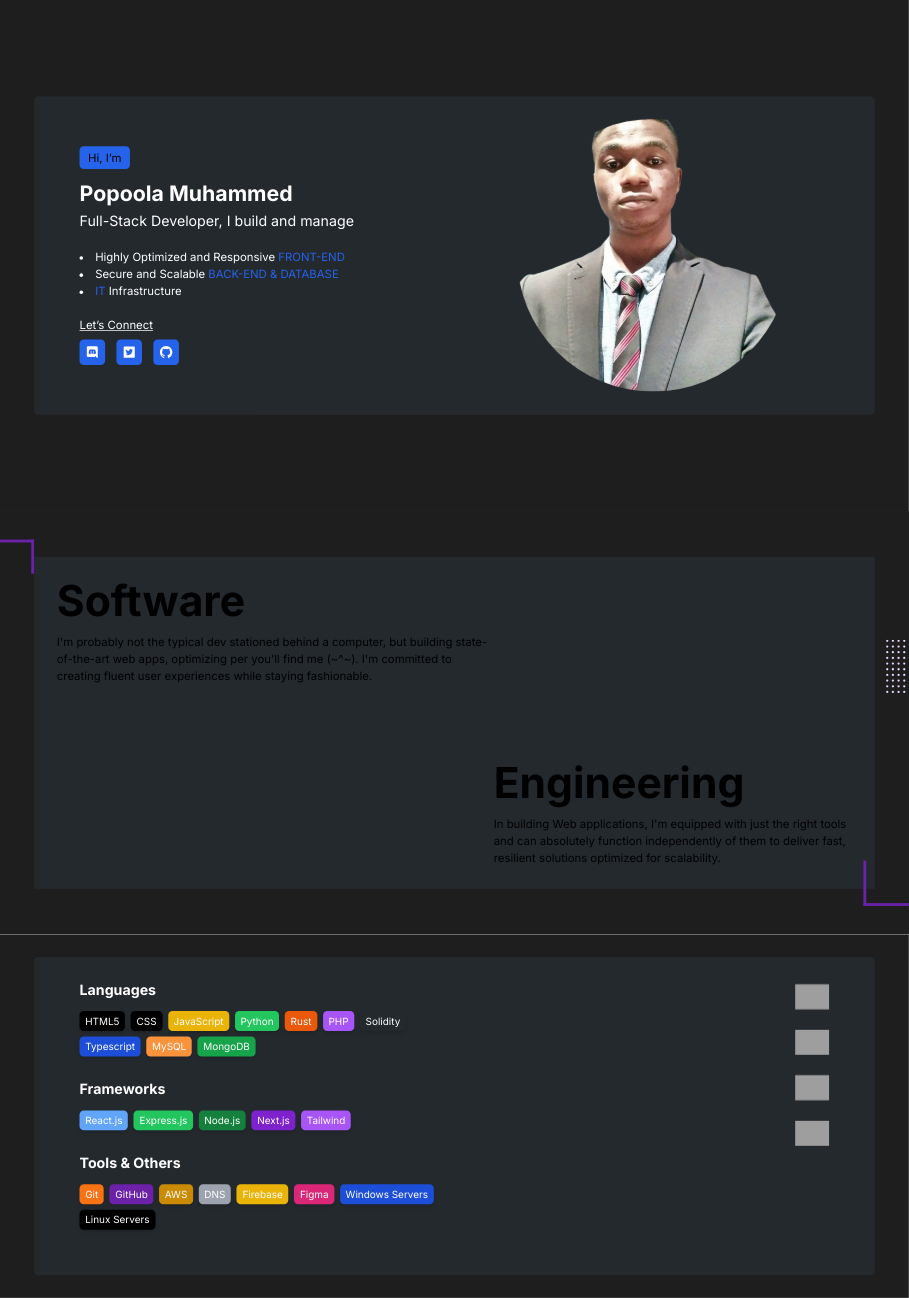
Repository: muhammedctgr/hammedctgr
Page: /
An editor plug-in stored every save of this project. The page is shown before and after a run of saves, followed by the edit.
The browser window is 1280 px wide. The pictures show the whole page, at 71% of full size.
Pictures or frames that could not be fetched are drawn as grey boxes. The project was rebuilt for these pictures with package versions that can differ from the ones it lists, and the page was loaded fresh each time. The framework's server and built-in components were replaced by stand-ins that run in the browser. Also part of the build but not shown: next.config.mjs.

Above is the page before, as saved 2024-08-04 22:59:53.

### app/layout.tsx
import type { Metadata } from "next";
import { Inter } from "next/font/google";
import "./globals.css";

const inter = Inter({ subsets: ["latin"] });

export const metadata: Metadata = {
  title: "Popoola Muhammed",
  description: "Generated by create next app",
};

export default function RootLayout({
  children,
}: Readonly<{
  children: React.ReactNode;
}>) {
  return (
    <html lang="en">
      <body className={inter.className}>{children}</body>
    </html>
  );
}

### app/page.tsx
import Head from 'next/head';
import Hero from '../components/Hero';
import SkillsSection from '@/components/SkillsSection';
import SummarySection from '@/components/SummarySection';


const Home = () => (
  <div>
    <Head>
      <title>Popoola Muhammed</title>
      <meta name="description" content="Welcome to my developer portfolio" />
    </Head>

    <Hero />
    <SummarySection />
    <SkillsSection />

  </div>
);

export default Home;

### app/globals.css
@tailwind base;
@tailwind components;
@tailwind utilities;

:root {
  --foreground-rgb: 0, 0, 0;
  --background-start-rgb: 214, 219, 220;
  --background-end-rgb: 255, 255, 255;
}

@media (prefers-color-scheme: dark) {
  :root {
    --foreground-rgb: 255, 255, 255;
    --background-start-rgb: 0, 0, 0;
    --background-end-rgb: 0, 0, 0;
  }
}

body {
  color: rgb(var(--foreground-rgb));
  background: linear-gradient(
      to bottom,
      transparent,
      rgb(var(--background-end-rgb))
    )
    rgb(var(--background-start-rgb));
}

@layer utilities {
  .text-balance {
    text-wrap: balance;
  }
}


@keyframes upDown {
  0%, 100% {
    transform: translateY(0);
  }
  50% {
    transform: translateY(-10px); /* Adjust the value as needed */
  }
}

.animate-upDown {
  animation: upDown 2s infinite ease-in-out; /* Adjust duration as needed */
}

### components/Hero.tsx
import Image from 'next/image';
import profilePic from '../public/profile.png';
import { AiFillDiscord, AiFillGithub, AiFillTwitterSquare, AiFillX } from 'react-icons/ai';

const Hero = () => {
  return (
    <section className="bg-gptGray px-4 py-8 md:px-8 lg:px-12 text-white min-h-screen flex items-center">
  <div className="container bg-githubGray rounded-md mx-auto flex flex-col md:flex-row items-center md:px-8">
    <div className="flex-1 text-left p-4 md:p-8">
      <div className="inline-block bg-blue-600 text-black py-1 px-3 mb-4 rounded-md">
        Hi, I’m
      </div>
      <div className="mb-6">
        <h1 className="text-xl md:text-3xl font-bold">Popoola Muhammed</h1>
        <p className="mt-2 text-lg md:text-xl">Full-Stack Developer, I build and manage</p>
      </div>
      <ul className="mt-4 list-disc list-inside">
        <li>Highly Optimized and Responsive <span className="text-blue-600">FRONT-END</span></li>
        <li>Secure and Scalable <span className="text-blue-600">BACK-END & DATABASE</span></li>
        <li><span className="text-blue-600">IT</span> Infrastructure</li>
      </ul>
      <div className="mt-6">
        <a href="#contact" className="underline">Let’s Connect</a>
        <div className="mt-2 flex justify-start space-x-4">
          <a href="#" className="bg-blue-600 p-2 rounded-md">
            <AiFillDiscord size={20} />
          </a>
          <a href="#" className="bg-blue-600 p-2 rounded-md">
            <AiFillTwitterSquare size={20} />
          </a>
          <a href="#" className="bg-blue-600 p-2 rounded-md">
            <AiFillGithub size={20} />
          </a>
        </div>
      </div>
    </div>
    <div className="flex-1 p-4 md:p-8">
      <div className="relative w-40 h-40 md:w-72 md:h-72 lg:w-96 lg:h-96 mx-auto">
        <Image src={profilePic} alt="Popoola Muhammed" layout="fill" className="rounded-full object-cover animate-upDown" />
      </div>
    </div>
  </div>
</section>
  );
};

export default Hero;

### components/SkillsSection.tsx
import Image from 'next/image';
import { FC } from 'react';

interface SkillCategory {
  title: string;
  skills: { name: string; color: string; }[];
}

const skills: SkillCategory[] = [
  {
    title: "Languages",
    skills: [
      { name: "HTML5", color: "bg-black" },
      { name: "CSS", color: "bg-black"},
      { name: "JavaScript", color: "bg-yellow-500" },
      { name: "Python", color: "bg-green-500" },
      { name: "Rust", color: "bg-orange-600" },
      { name: "PHP", color: "bg-purple-500" },
      { name: "Solidity", color: "bg-black-500" },
      { name: "Typescript", color: "bg-blue-700" },
      { name: "MySQL", color: "bg-orange-400" },
      { name: "MongoDB", color: "bg-green-600" },
    ],
  },
  {
    title: "Frameworks",
    skills: [
      { name: "React.js", color: "bg-blue-400" },
      { name: "Express.js", color: "bg-green-500" },
      { name: "Node.js", color: "bg-green-700" },
      { name: "Next.js", color: "bg-purple-700" },
      { name: "Tailwind", color: "bg-purple-500" },
    ],
  },
  {
    title: "Tools & Others",
    skills: [
      { name: "Git", color: "bg-orange-500" },
      { name: "GitHub", color: "bg-purple-800" },
      { name: "AWS", color: "bg-yellow-600" },
      { name: "DNS", color: "bg-gray-400" },
      { name: "Firebase", color: "bg-yellow-500" },
      { name: "Figma", color: "bg-pink-600" },
      { name: "Windows Servers", color: "bg-blue-700" },
      { name: "Linux Servers", color: "bg-black" },
    ],
  },
];

const icons = [
  "/icons/html5.svg", // Replace with your icon paths
  "/icons/css3.svg",
  "/icons/javascript.svg",
  "/icons/python.svg",
  // Add the rest of the icons as needed
];

const SkillsSection: FC = () => {
  return (
    <section className="px-4 py-8 md:px-8 lg:px-12 bg-gptGray text-white">
  <div className="container bg-githubGray rounded-md mx-auto flex flex-col md:flex-row items-start md:px-8">
    <div className="flex-1 p-4 md:p-8">
      {skills.map((category) => (
        <div key={category.title} className="mb-8">
          <h2 className="text-lg md:text-xl font-bold mb-4">{category.title}</h2>
          <div className="flex flex-wrap gap-2">
            {category.skills.map((skill) => (
              <span
                key={skill.name}
                className={`px-2 py-1 rounded-md text-sm ${skill.color} shadow-md`}
              >
                {skill.name}
              </span>
            ))}
          </div>
        </div>
      ))}
    </div>
    <div className="flex-1 flex flex-col items-center md:items-end">
      <div className="grid grid-cols-3 md:grid-cols-1 gap-4 p-4 md:p-8">
        {icons.map((src, index) => (
          <div key={index} className="w-10 h-10 md:w-12 md:h-12 relative">
            <Image src={src} alt={`icon-${index}`} layout="fill" objectFit="contain" />
          </div>
        ))}
      </div>
    </div>
  </div>
</section>
  );
};

export default SkillsSection;

### components/SummarySection.tsx
import { FC } from 'react';

const SummarySection: FC = () => {
  return (
<section className="px-4 py-16 md:px-8 lg:px-12 bg-gptGray relative overflow-hidden">
  <div className="container bg-githubGray mx-auto flex flex-col md:flex-row justify-between items-start md:px-8 p-4 md:p-8">
    <div className=" mb-8 md:mb-8">
      <div className="mb-4">
        <span className="text-4xl md:text-6xl font-bold">Software</span>
      </div>
      <p className="text-sm md:text-base">
        I'm probably not the typical dev stationed behind a computer, but building state-of-the-art web apps, optimizing per you'll find me (~^~). I'm committed to creating fluent user experiences while staying fashionable.
      </p>
    </div>
    <div className=" md:mt-64">
      <div className="mb-4">
        <span className="text-4xl md:text-6xl font-bold">Engineering</span>
      </div>
      <p className="text-sm md:text-base">
        In building Web applications, I'm equipped with just the right tools and can absolutely function independently of them to deliver fast, resilient solutions optimized for scalability.
      </p>
    </div>
  </div>

  {/* Decorative Elements */}
  <div className="absolute top-10 left-0 w-8 h-8 md:w-12 md:h-12 border-t-4 border-r-4 border-purple-800"></div>
  <div className="absolute bottom-10 right-0 w-12 h-12 md:w-16 md:h-16 border-b-4 border-l-4 border-purple-800"></div>
  <div className="absolute top-1/4 right-0 transform translate-x-4 translate-y-4 md:translate-x-12 md:translate-y-8">
    <svg className="fill-current text-purple-200" width="80" height="80" viewBox="0 0 100 100">
      {/* SVG circles */}
      {[...Array(10)].map((_, row) => (
        <g key={row} transform={`translate(0, ${row * 10})`}>
          {[...Array(10)].map((_, col) => (
            <circle key={col} cx={col * 10 + 2} cy="2" r="2" />
          ))}
        </g>
      ))}
    </svg>
  </div>
</section>
  );
};

export default SummarySection;

### tailwind.config.ts
import type { Config } from "tailwindcss";

const config: Config = {
  content: [
    "./pages/**/*.{js,ts,jsx,tsx,mdx}",
    "./components/**/*.{js,ts,jsx,tsx,mdx}",
    "./app/**/*.{js,ts,jsx,tsx,mdx}",
  ],
  theme: {
    extend: {
      backgroundImage: {
        "gradient-radial": "radial-gradient(var(--tw-gradient-stops))",
        "gradient-conic":
          "conic-gradient(from 180deg at 50% 50%, var(--tw-gradient-stops))",
      },
      colors: {
        githubGray: '#24292e',
        gptGray: '#1e1e1e' // Define the exact color
      },
    },
  },
  plugins: [],
};
export default config;

After the next 2 saves:
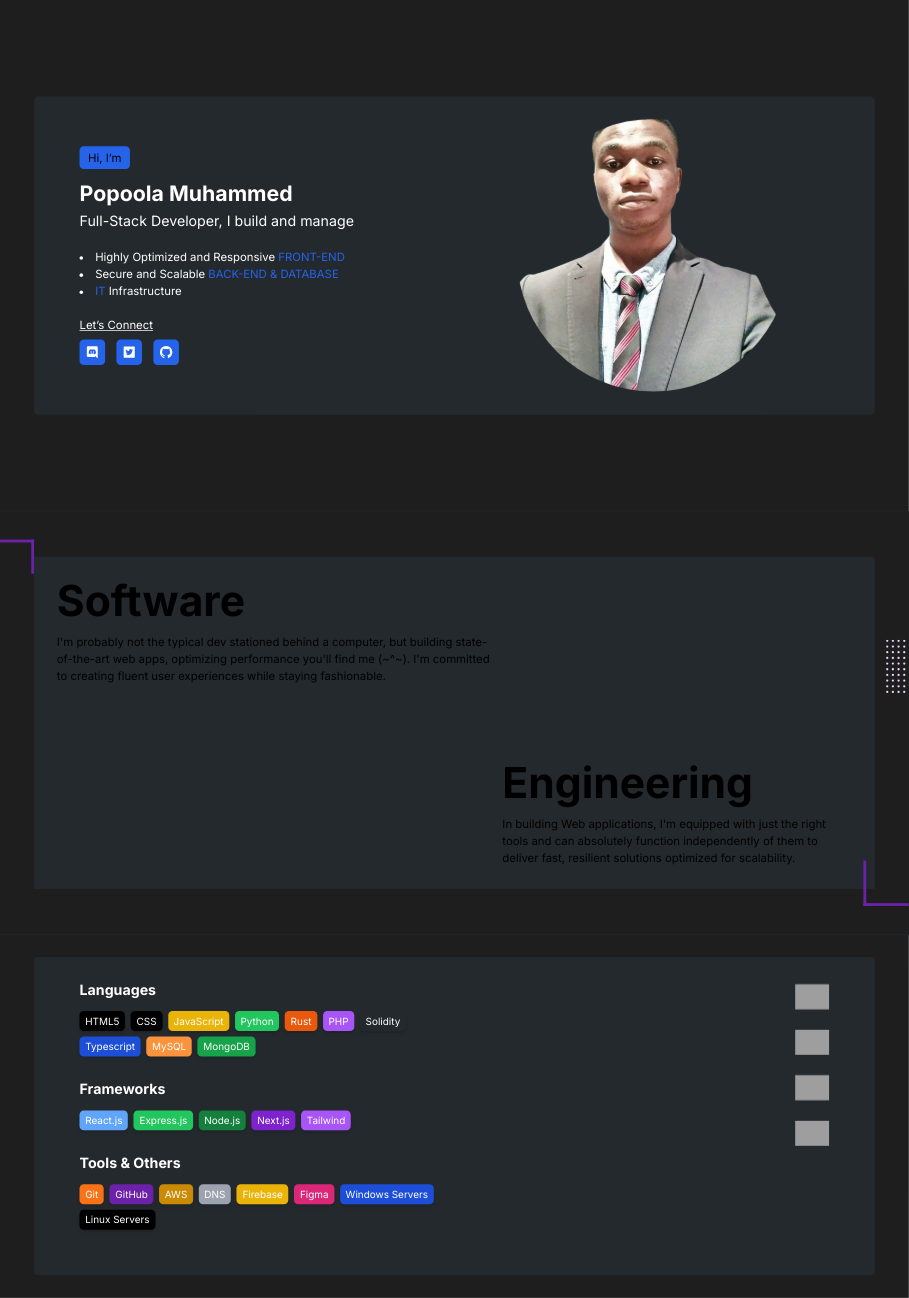
The 2 saves are shown as one change because they came seconds apart.
The last was saved 6 s later.
--- a/components/SummarySection.tsx
+++ b/components/SummarySection.tsx
@@ -9,7 +9,7 @@ const SummarySection: FC = () => {
         <span className="text-4xl md:text-6xl font-bold">Software</span>
       </div>
       <p className="text-sm md:text-base">
-        I'm probably not the typical dev stationed behind a computer, but building state-of-the-art web apps, optimizing per you'll find me (~^~). I'm committed to creating fluent user experiences while staying fashionable.
+        I'm probably not the typical dev stationed behind a computer, but building state-of-the-art web apps, optimizing performance you'll find me (~^~). I'm committed to creating fluent user experiences while staying fashionable.
       </p>
     </div>
     <div className=" md:mt-64">
